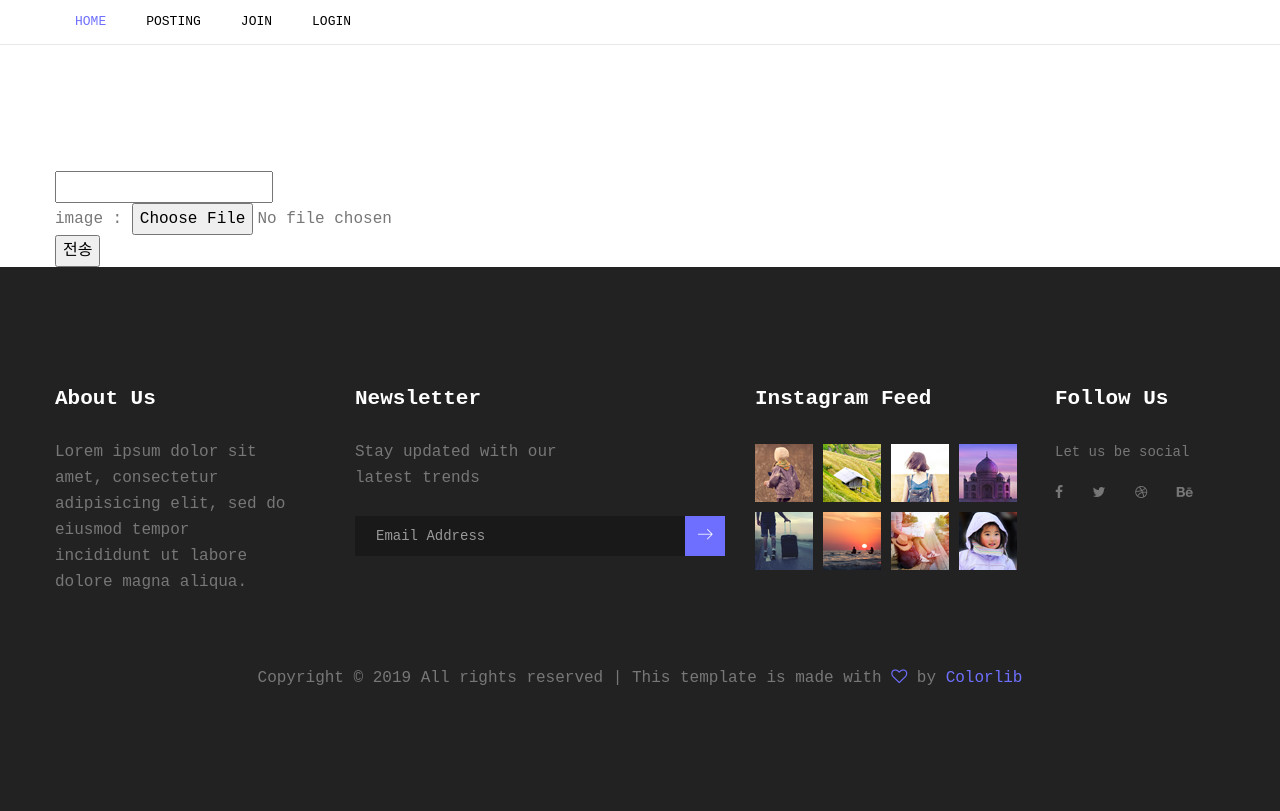
Repository: cwj2306/blog_project_2
Page: http://localhost/blog/user/userProfileForm.jsp
An editor plug-in stored every save of this project. The page is shown before and after the next save, followed by the edit.
The browser window is 1280 px wide. The pictures show the whole page.
Some web fonts or font styles are not loaded; a fallback is used. The page is served by Tomcat 9. Other server files are loaded and not shown.

Above is the page before, as saved 2019-11-12 03:25:24.

### blog/WebContent/user/userProfileForm.jsp
<%@ page language="java" contentType="text/html; charset=UTF-8" pageEncoding="UTF-8"%>
<%@ include file="/include/nav.jsp"%>

<section class="contact_area">
	<div class="container">
		<div class="row">
			<div class="col-lg-12">
				<!--
				<form class="row contact_form" action="/blog/user?cmd=update" method="post" onsubmit="return validateCheck()">
					<input type="hidden" name="id" value="${sessionScope.user.id}">

					<div class="col-md-12">
						<div class="form-group">
							<input type="text" class="form-control" value="${sessionScope.user.username}" name="username" placeholder="아이디" readonly="readonly">
						</div>
					</div>

					<div class="col-md-12">
						<div class="form-group">
							<input type="password" class="form-control" id="password" name="password" placeholder="비밀번호" required="required" maxlength="20">
						</div>
					</div>

					<div class="col-md-12">
						<div class="form-group">
							<input type="password" class="form-control" id="passwordCheck" name="passwordCheck" placeholder="비밀번호 확인" required="required" maxlength="20">
						</div>
					</div>

					<div class="col-md-12">
						<div class="form-group">
							<input type="email" class="form-control" value="${sessionScope.user.email}" name="email" placeholder="이메일" maxlength="40" readonly="readonly">
						</div>
					</div>

					<div class="col-md-12">
						<div class="form-group float-right">
							<a style="cursor:pointer;" class="blog_btn" href="#" onclick="goPopup()">주소 찾기</a>
						</div>
					</div>

					<div class="col-md-12">
						<div class="form-group">
							<input type="text" class="form-control" value="${sessionScope.user.address}"name="address" id="roadFullAddr" placeholder="도로명 주소" required="required" readonly="readonly">
						</div>
					</div>

					<div class="col-md-12 text-right">
						<button type="submit" value="submit" class="btn submit_btn">Save</button>
					</div>
					-->

				<div>
					<img id="img__wrap" />
				</div>

				<!-- enctype는 mime타입에서 찾아봐서 써주자 -->
				<form action="/blog/user?cmd=uploadProfileImg" method="POST" enctype="multipart/form-data">
					<input type="text" name="username" /><br />
					image : <input id="img__input" type="file" name="userProfile" /><br />
					<input type="submit" value="전송" />
				</form>

				<script src="/blog/js/jquery-3.2.1.min.js"></script>
				<script>
					$("#img__input").on("change", handleImgFile);

					function handleImgFile(e) {

						var f = e.target.files[0];

						if (f.type.match("image.*")) {
							var reader = new FileReader();

							reader.onload = function(e) {
								console.log(e.target.result);
								$("#img__wrap").attr("src", e.target.result);
							}

							reader.readAsDataURL(f);
						} else {
							alert("이미지 파일이 아닙니다.");
							$("#img__wrap").attr("src", "");
						}

					}
				</script>

				</form>

			</div>
		</div>
	</div>
</section>

<%@ include file="/include/footer.jsp"%>

### blog/WebContent/include/nav.jsp
<%@ page language="java" contentType="text/html; charset=UTF-8" pageEncoding="UTF-8"%>
<%@ taglib prefix="c" uri="http://java.sun.com/jsp/jstl/core" %>

<!doctype html>
<html lang="en">
    <head>
        <!-- Required meta tags -->
        <meta charset="utf-8">
        <meta name="viewport" content="width=device-width, initial-scale=1, shrink-to-fit=no">
        <link rel="icon" href="/blog/img/favicon.png" type="image/png">
        <title>Opium Blog</title>
        <!-- Bootstrap CSS -->
        <link rel="stylesheet" href="/blog/css/bootstrap.css">
        <link rel="stylesheet" href="/blog/vendors/linericon/style.css">
        <link rel="stylesheet" href="/blog/css/font-awesome.min.css">
        <link rel="stylesheet" href="/blog/vendors/owl-carousel/owl.carousel.min.css">
        <link rel="stylesheet" href="/blog/vendors/lightbox/simpleLightbox.css">
        <link rel="stylesheet" href="/blog/vendors/nice-select/css/nice-select.css">
        <link rel="stylesheet" href="/blog/vendors/animate-css/animate.css">
        <link rel="stylesheet" href="/blog/vendors/jquery-ui/jquery-ui.css">
        <!-- main css -->
        <link rel="stylesheet" href="/blog/css/style.css">
        <link rel="stylesheet" href="/blog/css/responsive.css">
    </head>
    <body>

        <!--================Header Menu Area =================-->
        <header class="header_area">
			<div class="main_menu">
				<nav class="navbar navbar-expand-lg navbar-light">
					<div class="container box_1620">
						<!-- Brand and toggle get grouped for better mobile display -->
						<a class="navbar-brand logo_h" href="#"><img src="/blog/img/logo.png" alt=""></a>
						<button class="navbar-toggler" type="button" data-toggle="collapse" data-target="#navbarSupportedContent" aria-controls="navbarSupportedContent" aria-expanded="false" aria-label="Toggle navigation">
							<span class="icon-bar"></span>
							<span class="icon-bar"></span>
							<span class="icon-bar"></span>
						</button>

						<!-- Collect the nav links, forms, and other content for toggling -->
						<div class="collapse navbar-collapse offset" id="navbarSupportedContent">
							<ul class="nav navbar-nav menu_nav">
								<li class="nav-item active"><a class="nav-link" href="/blog/index.jsp">Home</a></li>
								<li class="nav-item"><a class="nav-link" href="/blog/board/write.jsp">Posting</a></li>

								<c:choose>
									<c:when test="${empty sessionScope.user}">
										<li class="nav-item"><a class="nav-link" href="/blog/user/join.jsp">Join</a></li>
										<li class="nav-item"><a class="nav-link" href="/blog/user/login.jsp">Login</a></li>
									</c:when>
									<c:otherwise>
										<li class="nav-item"><a class="nav-link" href="/blog/user/update.jsp">Profile</a></li>
										<li class="nav-item"><a class="nav-link" href="/blog/user?cmd=logout">Logout</a></li>
									</c:otherwise>
								</c:choose>

							</ul>
							<ul class="nav navbar-nav navbar-right header_social ml-auto">
								<!--
								<li class="nav-item"><a href="#"><i class="fa fa-facebook"></i></a></li>
								<li class="nav-item"><a href="#"><i class="fa fa-twitter"></i></a></li>
								<li class="nav-item"><a href="#"><i class="fa fa-dribbble"></i></a></li>
								<li class="nav-item"><a href="#"><i class="fa fa-behance"></i></a></li>
								 -->
								 <c:if test="${not empty sessionScope.user}">
								 	<a href="/blog/user/userProfileForm.jsp"><img src = "${sessionScope.user.userProfile}" width="40px" height="40px" style="border-radius: 50%;"/></a>
								 </c:if>

							</ul>
						</div>
					</div>
				</nav>
			</div>
        </header>
        <!--================Header Menu Area =================-->

### blog/WebContent/include/footer.jsp
<%@ page language="java" contentType="text/html; charset=UTF-8" pageEncoding="UTF-8"%>
<!--================ start footer Area  =================-->
<footer class="footer-area p_120">
	<div class="container">
		<div class="row">
			<div class="col-lg-3  col-md-6 col-sm-6">
				<div class="single-footer-widget">
					<h6 class="footer_title">About Us</h6>
					<p>Lorem ipsum dolor sit amet, consectetur adipisicing elit, sed do eiusmod tempor incididunt ut labore dolore magna aliqua.</p>
				</div>
			</div>
			<div class="col-lg-4 col-md-6 col-sm-6">
				<div class="single-footer-widget">
					<h6 class="footer_title">Newsletter</h6>
					<p>Stay updated with our latest trends</p>
					<div id="mc_embed_signup">
						<form target="_blank" action="https://spondonit.us12.list-manage.com/subscribe/post?u=1462626880ade1ac87bd9c93a&amp;id=92a4423d01" method="get" class="subscribe_form relative">
							<div class="input-group d-flex flex-row">
								<input name="EMAIL" placeholder="Email Address" onfocus="this.placeholder = ''" onblur="this.placeholder = 'Email Address '" required="" type="email">
								<button class="btn sub-btn">
									<span class="lnr lnr-arrow-right"></span>
								</button>
							</div>
							<div class="mt-10 info"></div>
						</form>
					</div>
				</div>
			</div>
			<div class="col-lg-3 col-md-6 col-sm-6">
				<div class="single-footer-widget instafeed">
					<h6 class="footer_title">Instagram Feed</h6>
					<ul class="list instafeed d-flex flex-wrap">
						<li><img src="/blog/img/instagram/Image-01.jpg" alt=""></li>
						<li><img src="/blog/img/instagram/Image-02.jpg" alt=""></li>
						<li><img src="/blog/img/instagram/Image-03.jpg" alt=""></li>
						<li><img src="/blog/img/instagram/Image-04.jpg" alt=""></li>
						<li><img src="/blog/img/instagram/Image-05.jpg" alt=""></li>
						<li><img src="/blog/img/instagram/Image-06.jpg" alt=""></li>
						<li><img src="/blog/img/instagram/Image-07.jpg" alt=""></li>
						<li><img src="/blog/img/instagram/Image-08.jpg" alt=""></li>
					</ul>
				</div>
			</div>
			<div class="col-lg-2 col-md-6 col-sm-6">
				<div class="single-footer-widget f_social_wd">
					<h6 class="footer_title">Follow Us</h6>
					<p>Let us be social</p>
					<div class="f_social">
						<a href="#"><i class="fa fa-facebook"></i></a>
						<a href="#"><i class="fa fa-twitter"></i></a>
						<a href="#"><i class="fa fa-dribbble"></i></a>
						<a href="#"><i class="fa fa-behance"></i></a>
					</div>
				</div>
			</div>
		</div>
		<div class="row footer-bottom d-flex justify-content-between align-items-center">
			<p class="col-lg-12 footer-text text-center">
				<!-- Link back to Colorlib can't be removed. Template is licensed under CC BY 3.0. -->
				Copyright &copy;
				<script>document.write(new Date().getFullYear());</script>
				All rights reserved | This template is made with <i class="fa fa-heart-o" aria-hidden="true"></i> by <a href="https://colorlib.com" target="_blank">Colorlib</a>
				<!-- Link back to Colorlib can't be removed. Template is licensed under CC BY 3.0. -->
			</p>
		</div>
	</div>
</footer>
<!--================ End footer Area  =================-->




<!-- Optional JavaScript -->
<!-- jQuery first, then Popper.js, then Bootstrap JS -->
<script src="/blog/js/jquery-3.2.1.min.js"></script>
<script src="/blog/js/popper.js"></script>
<script src="/blog/js/bootstrap.min.js"></script>
<script src="/blog/js/stellar.js"></script>
<script src="/blog/vendors/lightbox/simpleLightbox.min.js"></script>
<script src="/blog/vendors/nice-select/js/jquery.nice-select.min.js"></script>
<script src="/blog/vendors/isotope/imagesloaded.pkgd.min.js"></script>
<script src="/blog/vendors/isotope/isotope-min.js"></script>
<script src="/blog/vendors/owl-carousel/owl.carousel.min.js"></script>
<script src="/blog/vendors/jquery-ui/jquery-ui.js"></script>
<script src="/blog/js/jquery.ajaxchimp.min.js"></script>
<script src="/blog/js/mail-script.js"></script>
<script src="/blog/js/theme.js"></script>

</body>
</html>

### blog/WebContent/css/responsive.css
@media (max-width:1619px){
	/* Main Menu Area css
	============================================================================================ */
   .header_area .navbar .search {
		margin-left: 40px;
	}
	/* End Main Menu Area css
	============================================================================================ */
	.home_banner_area .blog_text_slider .owl-prev, .home_banner_area .blog_text_slider .owl-next {
		right: 0px;
		font-size: 30px;
	}
}
@media (max-width:1199px){
	/* Main Menu Area css
	============================================================================================ */
	.header_area + section, .header_area + div {
		margin-top: 143px;
	}
	.top_menu .container{
		display: block;
	}
	/* End Main Menu Area css
	============================================================================================ */
	/* Home Banner Area css
	============================================================================================ */
	.home_banner_area {
		min-height: 700px;
	}
	/* End Home Banner Area css
	============================================================================================ */
	.home_banner_area {
		background-size: cover;
	}
	.blog_text {
		padding: 65px 65px 65px 65px;
	}
	.banner_area {
		background-size: cover;
	}
	.blog_style1 .blog_text {
		padding-left: 15px;
		padding-right: 15px;
		padding-top: 0px;
		padding-bottom: 0px;
	}
}

@media (max-width:991px){
	/* Main Menu Area css
	============================================================================================ */
	.logo_part {
		display: none;
	}
    .navbar-toggler {
        border: none;
        border-radius: 0px;
        padding: 0px;
        cursor: pointer;
        margin-top: 27px;
        margin-bottom: 23px;
		float: right;
    }
	.header_area .navbar {
		background: #fff;
	}
    .navbar-toggler[aria-expanded="false"] span:nth-child(2) {
		opacity: 1;
	}
	.navbar-toggler[aria-expanded="true"] span:nth-child(2) {
		opacity: 0;
	}
	.navbar-toggler[aria-expanded="true"] span:first-child {
		transform: rotate(-45deg);
		position: relative;
		top: 7.5px;
	}
	.navbar-toggler[aria-expanded="true"] span:last-child {
		transform: rotate(45deg);
		bottom: 6px;
		position: relative;
	}
	.navbar-toggler span{
		display: block;
		width: 25px;
		height: 3px;
		background: #000;
		margin: auto;
		margin-bottom: 4px;
		transition: all 400ms linear;
		cursor: pointer;
	}
    .navbar .container{
        padding-left: 15px;
        padding-right: 15px;
    }
    .nav{
        padding: 0px 0px;
    }
	.header_area + section, .header_area + row, .header_area + div {
		margin-top: 117px;
	}
    .header_top .nav{
        padding: 0px;
    }
    .header_area .navbar .nav .nav-item .nav-link{
        line-height: 40px;
        margin-right: 0px;
        display: block;
		border-bottom: 1px solid #ededed33;
		border-radius: 0px;
    }
    .header_area .navbar .search{
        margin-left: 0px;
    }
	.header_area .navbar-collapse{
		max-height: 340px;
		overflow-y: scroll;
	}
	.header_area .navbar .nav .nav-item.submenu ul .nav-item .nav-link {
		padding: 0px 15px;
	}
	.header_area .navbar .nav .nav-item {
		margin-right: 0px;
	}
	.header_area + section, .header_area + row, .header_area + div {
		margin-top: 71px;
	}
	.main_menu .navbar .container_inner {
		display: block;
	}
	.main_menu .navbar .navbar-brand {
		display: inline-block;
		padding-top: 11px;
		width: 173px;
	}
	.main_menu .navbar .navbar-brand img {
		width: 100%;
	}
	/* End Main Menu Area css
	============================================================================================ */

	/* Contact Page Area css
	============================================================================================ */
	.contact_info{
		margin-bottom: 50px;
	}
	/* End Contact page Area css
	============================================================================================ */
	.home_banner_area .donation_inner{
		margin-bottom: -30px;
	}
	.single-footer-widget{
		margin-bottom: 30px;
	}
	.footer-area .row{
		margin-bottom: -30px;
	}
	/* Footer Area css
	============================================================================================ */
	/* End End Footer Area css
	============================================================================================ */
	.home_banner_area {
		background-size: cover;
		margin-bottom: 0px;
	}
	/* Extra header Area css
	============================================================================================ */
	/* End Extra header Area css
	============================================================================================ */

	.nav.navbar-nav.navbar-right.header_social{
		display: none;
	}

}
@media (max-width:767px){
	.home_banner_area {
		min-height: 500px;
	}
	.home_banner_area .banner_inner {
		min-height: 500px;
	}
	.home_banner_area .banner_inner .banner_content {
		margin-top: 0px;
	}
	/* Blog Page Area css
	============================================================================================ */
    .blog_banner .banner_inner .blog_b_text h2 {
		font-size: 40px;
		line-height: 50px;
	}
	.blog_info.text-right{
		text-align: left !important;
		margin-bottom: 10px;
	}
	/* End Blog Page Area css
	============================================================================================ */
	.home_banner_area .banner_inner .banner_content h3 {
		font-size: 30px;
	}
	.home_banner_area .banner_inner .banner_content p br {
		display: none;
	}
	/* Footer Area css
	============================================================================================ */
	.footer-bottom .footer-text{
		text-align: center;
	}
	.footer-bottom .footer-social {
		text-align: center;
		margin-bottom: 20px;
	}
	/* End End Footer Area css
	============================================================================================ */
	.blog_style1.small .blog_img img{
		width: 100%;
	}
}
@media (max-width:575px){

	.header_area + section, .header_area + row, .header_area + div {
		margin-top: 71px;
	}
	.top_menu {
		display: none;
	}

    /* Home Banner Area css
	============================================================================================ */
	.home_banner_area .banner_inner .banner_content h2 {
		font-size: 28px;
	}
	.home_banner_area {
		min-height: 500px;
	}
	.home_banner_area .banner_inner {
		min-height: 500px;
	}
	.blog_banner .banner_inner .blog_b_text {
		margin-top: 0px;
	}
	.home_banner_area .banner_inner .banner_content img{
		display: none;
	}
	.home_banner_area .banner_inner .banner_content h5 {
		margin-top: 0px;
	}
	.home_banner_area .banner_inner .banner_content .date a {
		margin-right: 8px;
	}
	/* End Home Banner Area css
	============================================================================================ */
	.p_120 {
		padding-top: 70px;
		padding-bottom: 70px;
	}
	.main_title h2 {
		font-size: 25px;
	}
	/* Elements Area css
	============================================================================================ */
	.sample-text-area {
		padding: 70px 0 70px 0;
	}
	/* End Elements Area css
	============================================================================================ */

	/* Blog Page Area css
	============================================================================================ */
	.blog_details h2 {
		font-size: 20px;
		line-height: 30px;
	}
	.blog_banner .banner_inner .blog_b_text h2 {
		font-size: 28px;
		line-height: 38px;
	}
	.banner_area .banner_inner .banner_content {
		margin-top: 0px;
	}
	/* End Blog Page Area css
	============================================================================================ */
	/* Footer Area css
	============================================================================================ */
	/* End End Footer Area css
	============================================================================================ */
	.pad_top {
		padding-top: 70px;
	}
	.mt-100 {
		margin-top: 50px;
	}
	.single-footer-widget p {
		max-width: 100%;
	}
	.p_100 {
		padding-top: 70px;
		padding-bottom: 70px;
	}
	.blog_style1 .blog_text .blog_text_inner {
		margin-top: 0px;
	}
	.blog_style1 .blog_text {
		padding-left: 0px;
		padding-right: 0px;
		padding-top: 0px;
		padding-bottom: 0px;
	}
	.blog_text .cat a {
		margin-right: 5px;
	}
	.blog_text .cat .cat_btn {
		display: block;
		width: 86px;
		margin-bottom: 10px;
	}
}

@media (max-width:480px){
	/* Main Menu Area css
	============================================================================================ */
	.header_area .navbar-collapse{
		max-height: 250px;
	}
	/* End Main Menu Area css
	============================================================================================ */

	/* Home Banner Area css
	============================================================================================ */
    .home_banner_area .banner_inner .banner_content {
		padding: 30px 15px;
		margin-top: 0px;
	}
	.banner_content .white_btn {
		display: block;
	}
	.home_banner_area .banner_inner .banner_content h3 {
		font-size: 24px;
	}
	.home_banner_area .carousel .carousel-indicators {
		bottom: -50px;
		z-index: 20;
	}
	/* End Home Banner Area css
	============================================================================================ */
	.banner_area .banner_inner .banner_content h2 {
		font-size: 32px;
	}
	/* Blog Page Area css
	============================================================================================ */
	.comments-area .thumb {
		margin-right: 10px;
	}

	/* End Blog Page Area css
	============================================================================================ */
	.home_banner_area .blog_text_slider .owl-prev {
		top: auto;
		bottom: 110px;
		transform: translateY(-0%);
		left: 10px;
	}
	.home_banner_area .blog_text_slider .owl-next {
		top: auto;
		bottom: 110px;
		right: 10px;
		transform: translateY(-0%);
	}
	.blog_text {
		padding: 60px 20px;
	}
}

Loaded but not shown: blog/WebContent/css/bootstrap.css (library); blog/WebContent/vendors/linericon/style.css (library); blog/WebContent/css/font-awesome.min.css (library); blog/WebContent/vendors/owl-carousel/owl.carousel.min.css (common file); blog/WebContent/vendors/lightbox/simpleLightbox.css (library); blog/WebContent/vendors/nice-select/css/nice-select.css (library); blog/WebContent/vendors/animate-css/animate.css (library); blog/WebContent/vendors/jquery-ui/jquery-ui.css (library); blog/WebContent/js/jquery-3.2.1.min.js (library); blog/WebContent/js/popper.js (library); blog/WebContent/js/bootstrap.min.js (library); blog/WebContent/js/stellar.js (library); blog/WebContent/vendors/lightbox/simpleLightbox.min.js (library); blog/WebContent/vendors/nice-select/js/jquery.nice-select.min.js (common file); blog/WebContent/vendors/isotope/imagesloaded.pkgd.min.js (library); blog/WebContent/vendors/isotope/isotope-min.js (library); blog/WebContent/vendors/owl-carousel/owl.carousel.min.js (library); blog/WebContent/vendors/jquery-ui/jquery-ui.js (library); blog/WebContent/js/jquery.ajaxchimp.min.js (library); blog/WebContent/js/theme.js (283 lines, source omitted); blog/WebContent/js/mail-script.js (31 lines, source omitted); blog/WebContent/css/style.css (3904 lines, source omitted)

After the next save:
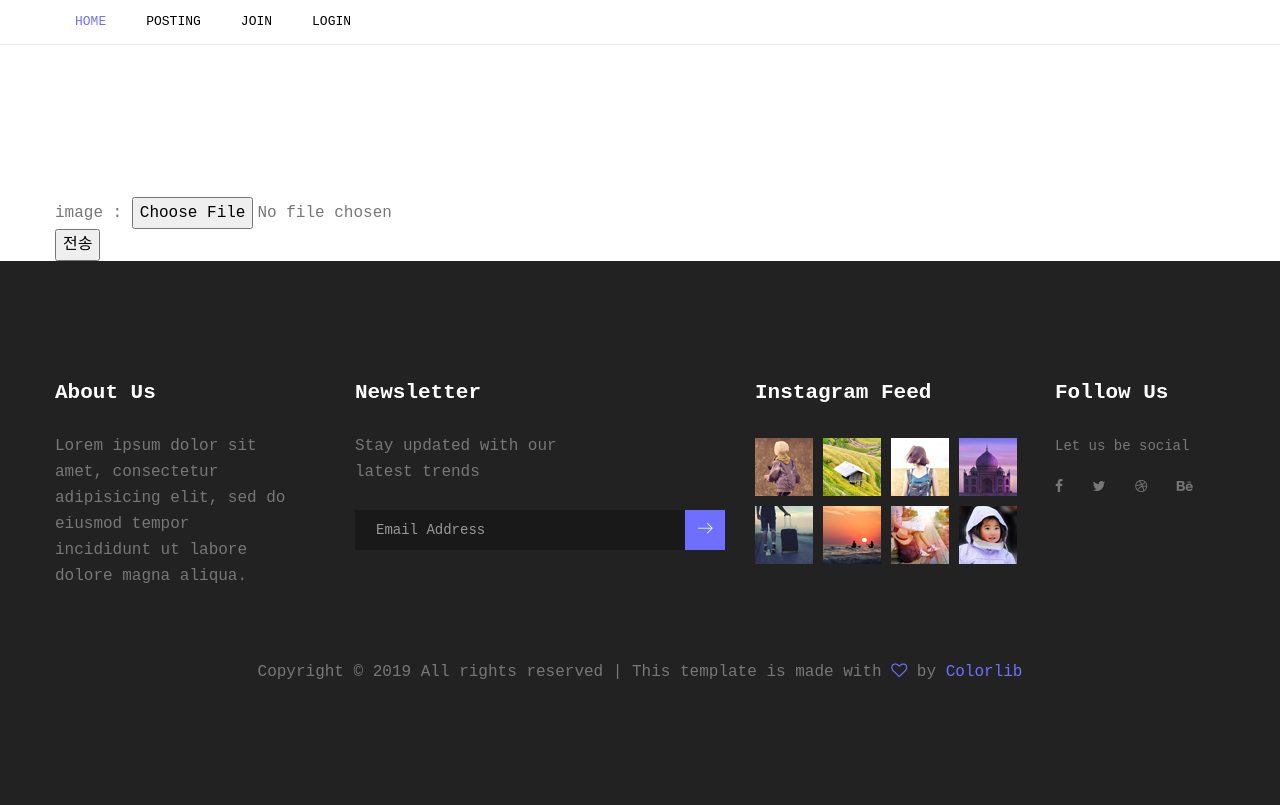
Saved 55 s later.
--- a/blog/WebContent/user/userProfileForm.jsp
+++ b/blog/WebContent/user/userProfileForm.jsp
@@ -56,7 +56,7 @@
 
 				<!-- enctype는 mime타입에서 찾아봐서 써주자 -->
 				<form action="/blog/user?cmd=uploadProfileImg" method="POST" enctype="multipart/form-data">
-					<input type="text" name="username" /><br />
+					<input type="hidden" name="username" /><br />
 					image : <input id="img__input" type="file" name="userProfile" /><br />
 					<input type="submit" value="전송" />
 				</form>
